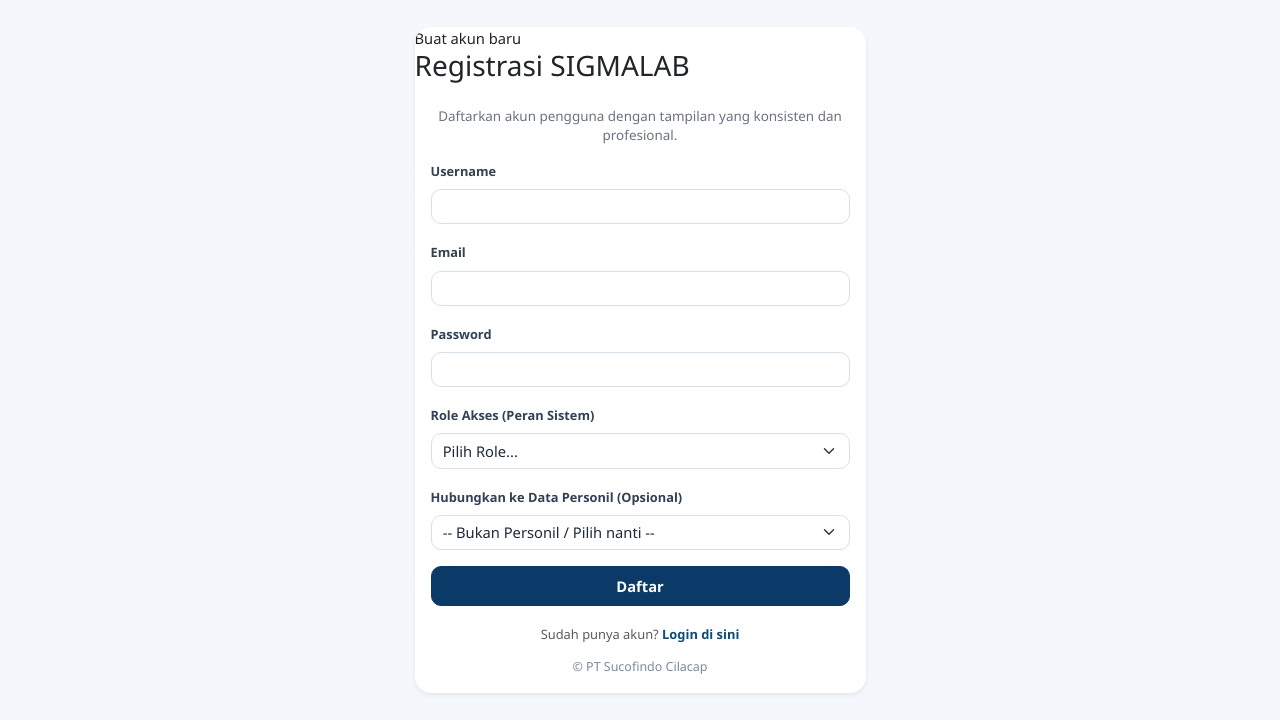
Repository: amelianeesa/sigmalab
Page: http://localhost/register
The author's editor kept a copy of each file at every save. The page is drawn from the files as they stood at one save, then again after the next save.
The browser window is 1280 px wide. The pictures show the whole page.
The page is served by the project's Laravel application, run on PHP 8.4 with Laravel 12. Other server files are loaded and not shown. Queries for data that is not in the repository find no rows.

Above is the page before, as saved 2026-08-06 09:15:23.

### routes/web.php
<?php

use Illuminate\Support\Facades\Route;
use App\Http\Controllers\AuthController;
use App\Http\Controllers\SdmController;

Route::get('/', [AuthController::class, 'showLogin']);
Route::get('/login', [AuthController::class, 'showLogin'])->name('login');
Route::post('/login', [AuthController::class, 'processLogin'])->name('login.process');

Route::get('/register', [AuthController::class, 'showRegister'])->name('register');
Route::post('/register', [AuthController::class, 'processRegister'])->name('register.process');

Route::post('/logout', [AuthController::class, 'logout'])->name('logout');

Route::middleware(['auth'])->group(function () {

    Route::get('/dashboard', function () {
        return view('dashboard-index');
    })->name('dashboard');

    Route::get('/sdm', [SdmController::class, 'index'])->name('sdm.index');
    Route::get('/sdm/create', [SdmController::class, 'create'])->name('sdm.create');
    Route::post('/sdm', [SdmController::class, 'store'])->name('sdm.store');
    Route::get('/sdm/{id}/edit', [SdmController::class, 'edit'])->name('sdm.edit');
    Route::put('/sdm/{id}', [SdmController::class, 'update'])->name('sdm.update');
    Route::delete('/sdm/{id}', [SdmController::class, 'destroy'])->name('sdm.destroy');

    Route::get('/sdm/{id}/kompetensi', [SdmController::class, 'kompetensiDetail'])->name('sdm.kompetensi.detail');
    Route::get('/sdm/{id}/cv', [SdmController::class, 'showCv'])->name('sdm.cv');
});

### app/Http/Controllers/AuthController.php
<?php

namespace App\Http\Controllers;

use Illuminate\Http\Request;
use Illuminate\Support\Facades\Auth;
use Illuminate\Support\Facades\Hash;
use App\Models\User;
use App\Models\Role;
use App\Models\Personil;

class AuthController extends Controller
{
    public function showLogin()
    {
        return view('auth.login');
    }

    public function processLogin(Request $request)
    {
        $credentials = $request->validate([
            'username' => ['required'],
            'password' => ['required'],
        ]);

        $fieldType = filter_var($request->username, FILTER_VALIDATE_EMAIL) ? 'email' : 'username';

        if (Auth::attempt([$fieldType => $request->username, 'password' => $request->password])) {
            $user = Auth::user();
            if ($user->status_aktif == 1) {
                $request->session()->regenerate();
                return redirect()->intended('/dashboard');
            } else {
                Auth::logout();
                return back()->withErrors(['username' => 'Akun Anda non-aktif. Hubungi Admin.']);
            }
        }

        return back()->withErrors(['username' => 'Username/Email atau Password salah.']);
    }

    public function showRegister()
    {
        $roles = Role::all();
        $personil = Personil::all();
        return view('auth.register', compact('roles', 'personil'));
    }

    public function processRegister(Request $request)
    {
        $request->validate([
            'username'    => 'required|string|max:50|unique:users',
            'email'       => 'required|string|email|max:100|unique:users',
            'password'    => 'required|string|min:6',
            'role_id'     => 'required|exists:roles,roles_id',
            'personil_id' => 'nullable|exists:personil,personil_id', // Ditambahkan validasi aman
        ]);

        User::create([
            'personil_id' => !empty($request->personil_id) ? $request->personil_id : null,
            'username'    => $request->username,
            'email'       => $request->email,
            'password'    => Hash::make($request->password),
            'role_id'     => $request->role_id,
            'status_aktif'=> 1
        ]);

        return redirect('/login')->with('success', 'Registrasi berhasil! Silakan login.');
    }

    public function logout(Request $request)
    {
        Auth::logout();
        $request->session()->invalidate();
        $request->session()->regenerateToken();
        return redirect('/login');
    }
}

### app/Models/Role.php
<?php

namespace App\Models;

use Illuminate\Database\Eloquent\Factories\HasFactory;
use Illuminate\Database\Eloquent\Model;

class Role extends Model
{
    use HasFactory;

    protected $table = 'roles';
    protected $primaryKey = 'roles_id';

    protected $fillable = [
        'nama_role',
    ];
}

### app/Models/Personil.php
<?php

namespace App\Models;

use Illuminate\Database\Eloquent\Factories\HasFactory;
use Illuminate\Database\Eloquent\Model;
use App\Models\KompetensiPersonil;

class Personil extends Model
{
    use HasFactory;

    protected $table = 'personil';
    protected $primaryKey = 'personil_id';

    protected $fillable = [
        'nama',
        'jabatan',
        'unit_kerja',
        'no_induk',
        'file_cv',
        'status_aktif',
    ];

    public function kompetensi()
    {
        return $this->hasMany(KompetensiPersonil::class, 'personil_id', 'personil_id');
    }
}

### resources/views/auth/register.blade.php
<!DOCTYPE html>
<html lang="id">
<head>
    <meta charset="UTF-8">
    <title>Register - SIGMALAB Sucofindo</title>
    <link href="https://cdn.jsdelivr.net/npm/bootstrap@5.3.0/dist/css/bootstrap.min.css" rel="stylesheet">
    <style>
        html,
        body {
            height: 100%;
            overflow: hidden;
        }

        body {
            margin: 0;
            background-color: #f4f7fb;
            color: #1f2a37;
            font-family: "Segoe UI", Arial, sans-serif;
            font-size: 0.92rem;
        }

        .auth-card {
            border: none;
            border-radius: 16px;
            box-shadow: 0 8px 18px rgba(15, 35, 59, 0.08);
            overflow: hidden;
            background: #ffffff;
            max-width: 780px;
            margin: auto;
        }

        .auth-form-panel {
            padding: 1rem 0.95rem;
            display: flex;
            flex-direction: column;
            justify-content: center;
            background: #ffffff;
        }

        .auth-form-panel h3 {
            font-size: 1.15rem;
            margin-bottom: 0.25rem;
            font-weight: 700;
        }

        .auth-subtitle {
            color: #6b7280;
            font-size: 0.84rem;
            margin-bottom: 0.9rem;
            line-height: 1.4;
        }

        .auth-logo-box {
            width: 70px;
            height: 70px;
            background: rgba(255,255,255,0.14);
            border-radius: 18px;
            border: 1px solid rgba(255,255,255,0.2);
            overflow: hidden;
            display: flex;
            align-items: center;
            justify-content: center;
            margin: 0 auto 1rem;
        }

        .auth-logo-box img {
            width: 56px;
            height: 56px;
            object-fit: contain;
        }

        .form-label {
            color: #334155;
            font-size: 0.8rem;
            font-weight: 600;
        }

        .form-control,
        .form-select {
            border: 1px solid #d7e1ea;
            border-radius: 10px;
            padding: 0.35rem 0.7rem;
            min-height: 30px;
            font-size: 0.92rem;
            color: #1f2a37;
            background-color: #ffffff;
        }

        .form-control:focus,
        .form-select:focus {
            border-color: #1a6082;
            box-shadow: 0 0 0 0.2rem rgba(26, 96, 130, 0.12);
        }

        .btn-auth {
            background: #0c3a68;
            border: 1px solid #0c3a68;
            border-radius: 10px;
            padding: 0.55rem 0.95rem;
            font-size: 0.92rem;
            font-weight: 700;
            color: #ffffff;
            transition: all 0.2s ease;
        }

        .btn-auth:hover {
            background: #0a2a4b;
            border-color: #0a2a4b;
        }

        .auth-link {
            color: #0d4c76;
            font-weight: 600;
            text-decoration: none;
        }

        .auth-link:hover {
            color: #0b3d5d;
            text-decoration: underline;
        }

        .auth-footer {
            margin-top: 0.85rem;
            color: #7b8a9d;
            font-size: 0.78rem;
            text-align: center;
        }
    </style>
</head>
<body class="d-flex align-items-center py-4">
    <div class="container">
        <div class="row justify-content-center">
            <div class="col-md-5">
                <div class="card auth-card shadow-sm">
                    <div class="auth-brand">
                        <div class="kicker">Buat akun baru</div>
                        <h3>Registrasi SIGMALAB</h3>
                    </div>
                    <div class="card-body auth-body">
                        <p class="auth-subtitle text-center">Daftarkan akun pengguna dengan tampilan yang konsisten dan profesional.</p>

                        <form action="{{ route('register.process') }}" method="POST">
                            @csrf
                            <div class="mb-3">
                                <label class="form-label fw-semibold">Username</label>
                                <input type="text" name="username" class="form-control" value="{{ old('username') }}" required>
                            </div>
                            <div class="mb-3">
                                <label class="form-label fw-semibold">Email</label>
                                <input type="email" name="email" class="form-control" value="{{ old('email') }}" required>
                            </div>
                            <div class="mb-3">
                                <label class="form-label fw-semibold">Password</label>
                                <input type="password" name="password" class="form-control" required>
                            </div>
                            <div class="mb-3">
                                <label class="form-label fw-semibold">Role Akses (Peran Sistem)</label>
                                <select name="role_id" class="form-select" required>
                                    <option value="">Pilih Role...</option>
                                    @foreach($roles as $r)
                                        <option value="{{ $r->roles_id }}">{{ $r->nama_role }}</option>
                                    @endforeach
                                </select>
                            </div>
                            <div class="mb-3">
                                <label class="form-label fw-semibold">Hubungkan ke Data Personil (Opsional)</label>
                                <select name="personil_id" class="form-select">
                                    <option value="">-- Bukan Personil / Pilih nanti --</option>
                                    @foreach($personil as $p)
                                        <option value="{{ $p->personil_id }}">{{ $p->nama }} ({{ $p->jabatan }})</option>
                                    @endforeach
                                </select>
                            </div>
                            <button type="submit" class="btn btn-auth w-100 py-2">Daftar</button>
                        </form>
                        <div class="text-center mt-3">
                            <small class="text-muted">Sudah punya akun? <a href="{{ route('login') }}" class="auth-link">Login di sini</a></small>
                        </div>
                        <div class="auth-footer">© PT Sucofindo Cilacap</div>
                    </div>
                </div>
            </div>
        </div>
    </div>
    <script src="https://cdn.jsdelivr.net/npm/bootstrap@5.3.0/dist/js/bootstrap.bundle.min.js"></script>
</body>
</html>

Loaded but not shown: app/Http/Controllers/Controller.php (common file)

After the next save:
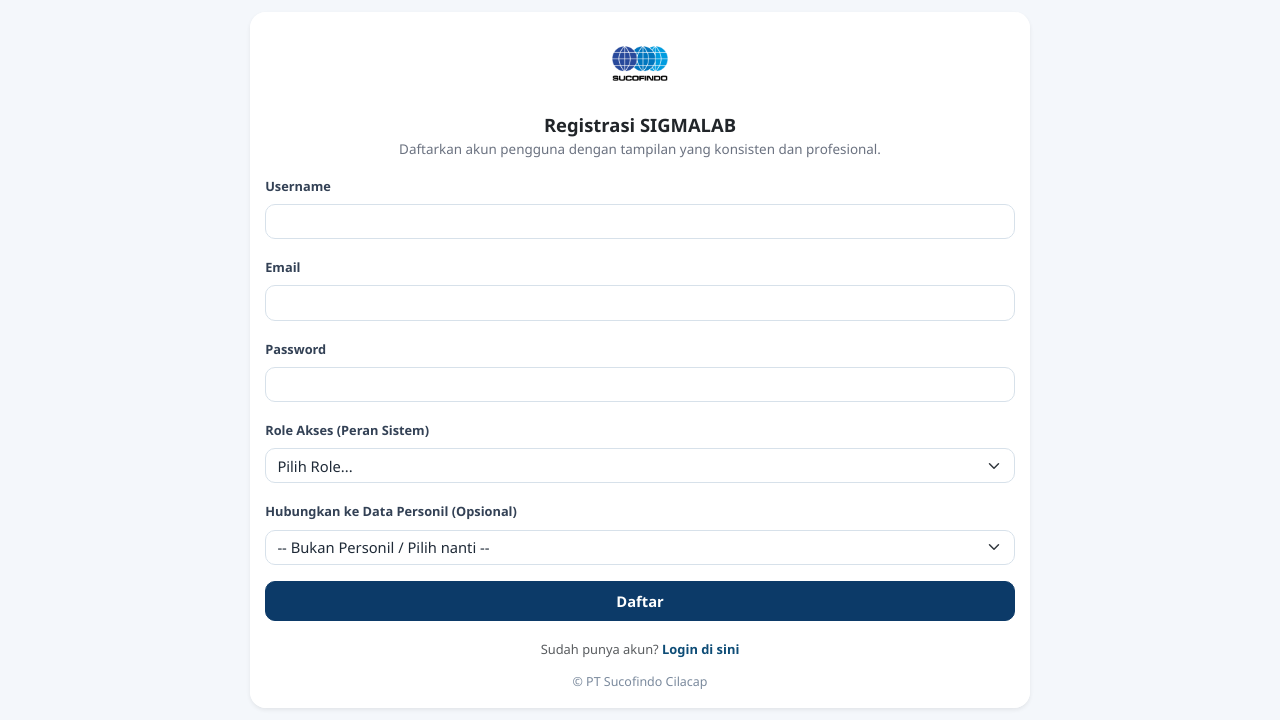
Saved 47 s later.
--- a/resources/views/auth/register.blade.php
+++ b/resources/views/auth/register.blade.php
@@ -127,24 +127,22 @@
         }
     </style>
 </head>
-<body class="d-flex align-items-center py-4">
-    <div class="container">
-        <div class="row justify-content-center">
-            <div class="col-md-5">
-                <div class="card auth-card shadow-sm">
-                    <div class="auth-brand">
-                        <div class="kicker">Buat akun baru</div>
-                        <h3>Registrasi SIGMALAB</h3>
+<body class="d-flex align-items-center justify-content-center">
+    <div class="container py-4">
+        <div class="card auth-card shadow-sm">
+            <div class="auth-form-panel">
+                <div class="auth-logo-box">
+                    <img src="{{ asset('images/logo.png') }}" alt="Logo Perusahaan">
+                </div>
+                <h3 class="text-center">Registrasi SIGMALAB</h3>
+                <p class="auth-subtitle text-center">Daftarkan akun pengguna dengan tampilan yang konsisten dan profesional.</p>
+
+                <form action="{{ route('register.process') }}" method="POST">
+                    @csrf
+                    <div class="mb-3">
+                        <label class="form-label">Username</label>
+                        <input type="text" name="username" class="form-control" value="{{ old('username') }}" required>
                     </div>
-                    <div class="card-body auth-body">
-                        <p class="auth-subtitle text-center">Daftarkan akun pengguna dengan tampilan yang konsisten dan profesional.</p>
-
-                        <form action="{{ route('register.process') }}" method="POST">
-                            @csrf
-                            <div class="mb-3">
-                                <label class="form-label fw-semibold">Username</label>
-                                <input type="text" name="username" class="form-control" value="{{ old('username') }}" required>
-                            </div>
                             <div class="mb-3">
                                 <label class="form-label fw-semibold">Email</label>
                                 <input type="email" name="email" class="form-control" value="{{ old('email') }}" required>
